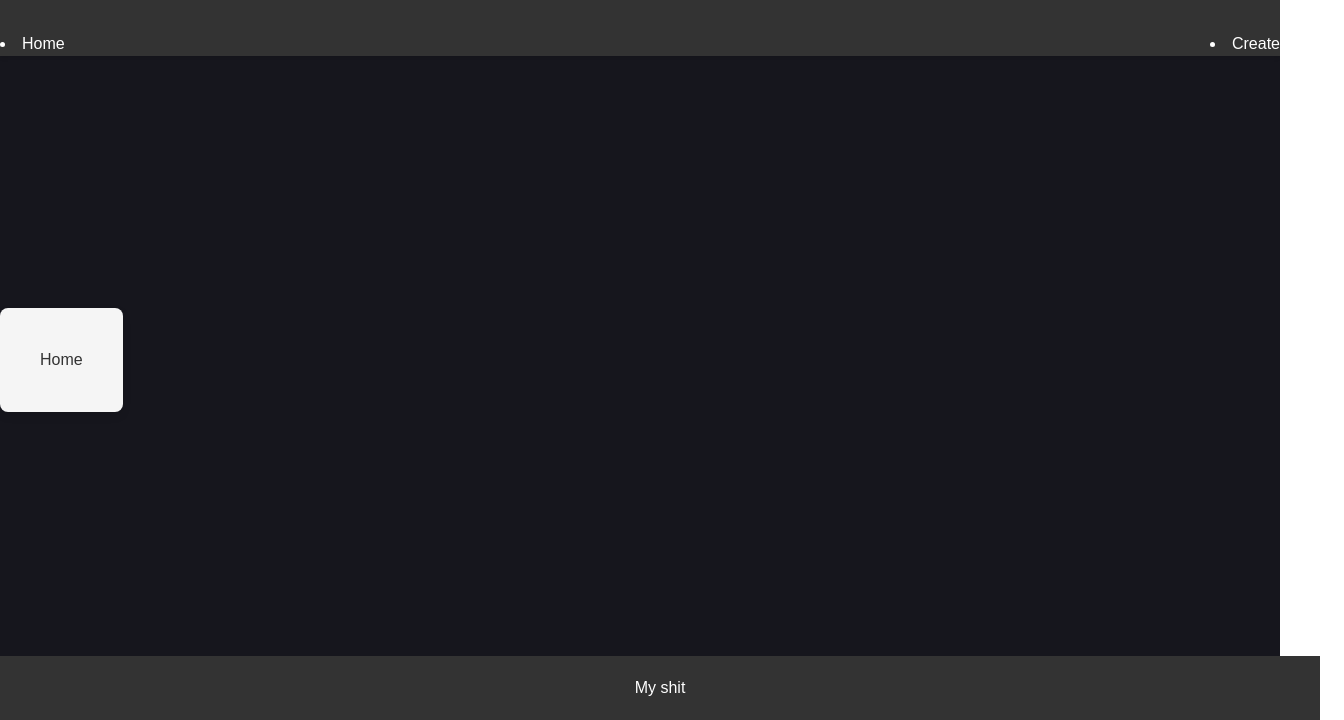
Repository: CarlosFranchN/myReact-supabase
Page: /
These files come from the project's save history. The page is drawn as it stood at one moment and after a run of saves; the edit follows.
The browser window is 1280 px wide. The page is 1280 px wide, then 1344 px, so the pictures cover 1344 px, including what lies to the right of the window. The pictures show the whole page.
The project was rebuilt for these pictures with package versions that can differ from the ones it lists, and the page was loaded fresh each time. Also part of the build but not shown: vite.config.js, src/pages/Create/index.jsx.

Above is the page before, as saved 2024-11-14 13:44:53.

After the next 2 saves:
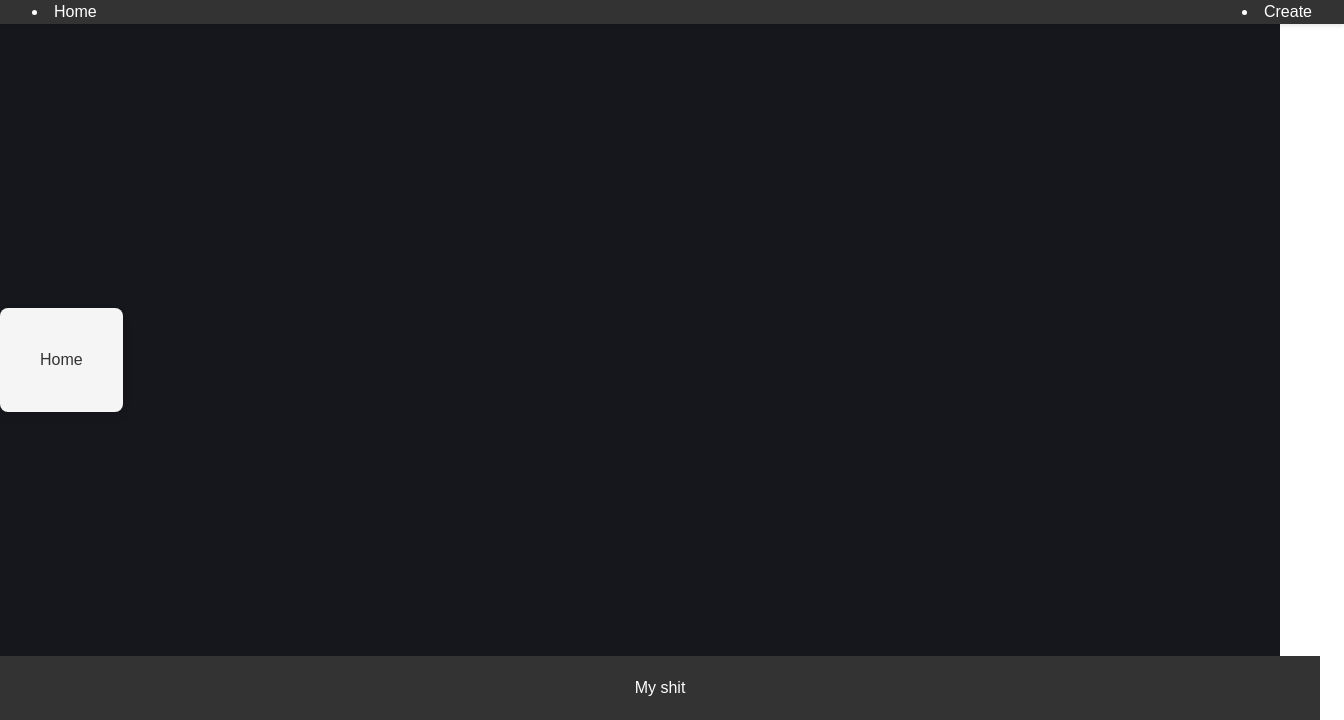
The 2 saves are shown as one change because they came seconds apart.
The last was saved 8 s later.
--- a/src/components/Layout/style.jsx
+++ b/src/components/Layout/style.jsx
@@ -7,7 +7,7 @@ export const LayoutCabecalho = styled.header`
   width: 100vw;
   background-color: #333;
   color: #fff;
-  padding-top: 2rem;
+  padding: 0 2rem;
   text-align: center;
   font-family: Arial, sans-serif;
   box-shadow: 0 2px 4px rgba(0, 0, 0, 0.1);
